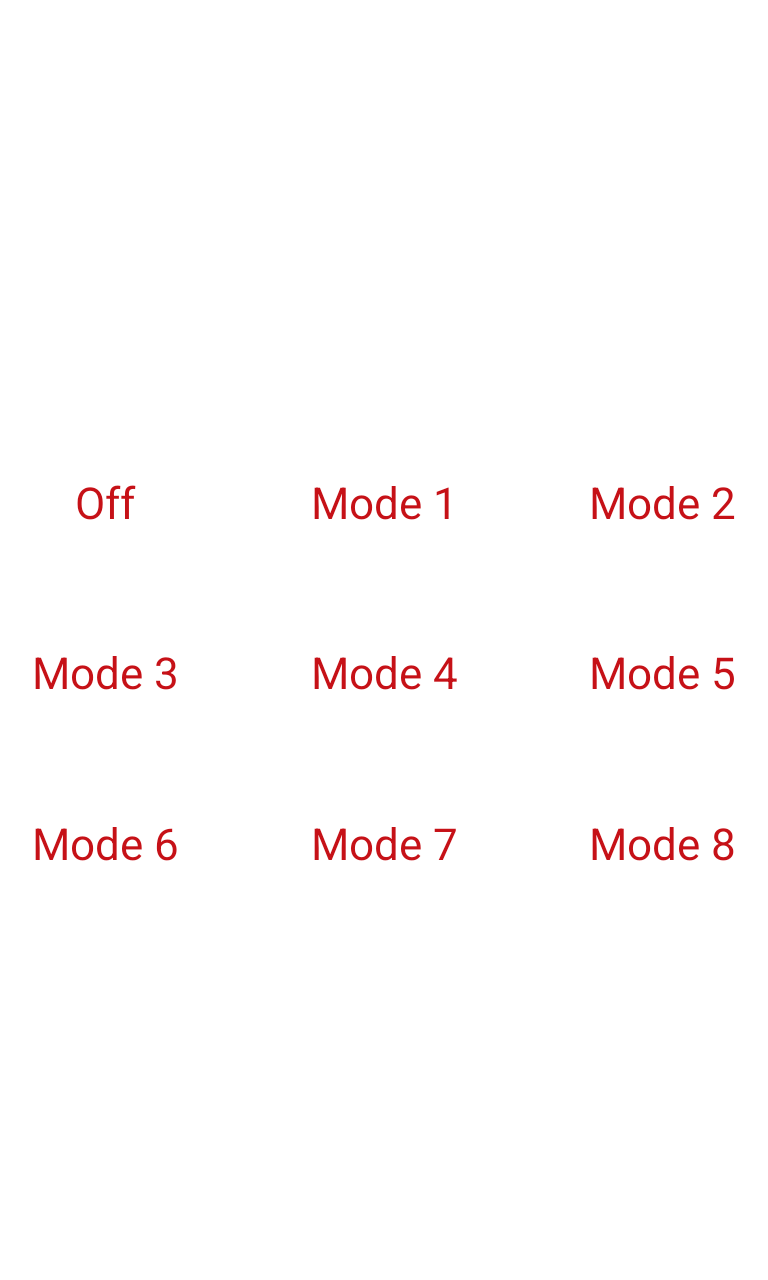
Repository: DigitasLabsParis/UnicornHorn
Layout: AndroidApp/UnicHorn/res/layout/activity_main.xml
These files come from the project's save history. The layout is drawn as it stood at one moment and after the next save; the edit follows.
It is drawn on a 768 x 1280 px phone screen (xhdpi) without system bars, with theme AppTheme; the app's code is not run.

Above is the layout before, as saved 2015-01-06 15:32:20.

### AndroidApp/UnicHorn/res/layout/activity_main.xml
<RelativeLayout xmlns:android="http://schemas.android.com/apk/res/android"
    xmlns:tools="http://schemas.android.com/tools"
    android:layout_width="match_parent"
    android:layout_height="match_parent"
    android:paddingBottom="@dimen/activity_vertical_margin"
    android:paddingLeft="@dimen/activity_horizontal_margin"
    android:paddingRight="@dimen/activity_horizontal_margin"
    android:paddingTop="@dimen/activity_vertical_margin"
    tools:context="com.digitaslabsparis.unichorn.MainActivity" >

    <GridLayout
        android:layout_width="fill_parent"
        android:layout_alignParentTop="true"
        android:layout_marginTop="220dp"
        android:columnCount="2"
    	android:rowCount="1" >

        <SeekBar
	        android:id="@+id/seekBar1"
	        android:layout_width="match_parent"
	        android:layout_height="wrap_content"
	        android:layout_alignParentLeft="true"
	        android:layout_alignParentTop="true"
	        android:layout_column="1"
            android:layout_row="0"
	        android:layout_marginTop="162dp" />

         <TextView
             android:id="@+id/textView0"
             android:layout_width="wrap_content"
             android:layout_height="wrap_content"
             android:layout_column="1"
             android:layout_gravity="fill"
             android:layout_row="0"
             android:gravity="center"
             android:text="Set Intensity"
             android:textAppearance="?android:attr/textAppearanceLarge"
             android:textColor="#C61117" />

    </GridLayout>

    <GridLayout
        android:layout_width="fill_parent"
        android:layout_height="200dp"
        android:layout_alignParentTop="true"
        android:layout_marginTop="220dp"
        android:columnCount="3"
    	android:rowCount="3" >

        <TextView
            android:id="@+id/textView1"
            android:layout_column="0"
            android:layout_gravity="fill"
            android:layout_row="0"
            android:gravity="center"
            android:text="Off"
            android:textAppearance="?android:attr/textAppearanceLarge"
            android:textColor="#C61117" />

        <TextView
            android:id="@+id/textView2"
            android:layout_column="1"
            android:layout_gravity="fill"
            android:layout_row="0"
            android:gravity="center"
            android:text="Mode 1"
            android:textAppearance="?android:attr/textAppearanceLarge"
            android:textColor="#C61117" />

        <TextView
            android:id="@+id/textView3"
            android:layout_column="2"
            android:layout_gravity="fill"
            android:layout_row="0"
            android:gravity="center"
            android:text="Mode 2"
            android:textAppearance="?android:attr/textAppearanceLarge"
            android:textColor="#C61117" />

        <TextView
            android:id="@+id/textView4"
            android:layout_column="0"
            android:layout_gravity="fill"
            android:layout_row="1"
            android:gravity="center"
            android:text="Mode 3"
            android:textAppearance="?android:attr/textAppearanceLarge"
            android:textColor="#C61117" />

        <TextView
            android:id="@+id/textView5"
            android:layout_column="1"
            android:layout_gravity="fill"
            android:layout_row="1"
            android:gravity="center"
            android:text="Mode 4"
            android:textAppearance="?android:attr/textAppearanceLarge"
            android:textColor="#C61117" />

        <TextView
            android:id="@+id/textView6"
            android:layout_column="2"
            android:layout_gravity="fill"
            android:layout_row="1"
            android:gravity="center"
            android:text="Mode 5"
            android:textAppearance="?android:attr/textAppearanceLarge"
            android:textColor="#C61117" />

        <TextView
            android:id="@+id/textView7"
            android:layout_column="0"
            android:layout_gravity="fill"
            android:layout_row="2"
            android:gravity="center"
            android:text="Mode 6"
            android:textAppearance="?android:attr/textAppearanceLarge"
            android:textColor="#C61117" />

        <TextView
            android:id="@+id/textView8"
            android:layout_column="1"
            android:layout_gravity="fill"
            android:layout_row="2"
            android:gravity="center"
            android:text="Mode 7"
            android:textAppearance="?android:attr/textAppearanceLarge"
            android:textColor="#C61117" />

        <TextView
            android:id="@+id/textView9"
            android:layout_column="2"
            android:layout_row="2"
            android:gravity="center"
            android:text="Mode 8"
            android:textAppearance="?android:attr/textAppearanceLarge"
            android:textColor="#C61117" />

    </GridLayout>



</RelativeLayout>

### AndroidApp/UnicHorn/res/values/styles.xml
<resources>

    <!--
        Base application theme, dependent on API level. This theme is replaced
        by AppBaseTheme from res/values-vXX/styles.xml on newer devices.
    -->
    <style name="AppBaseTheme" parent="android:Theme.Holo.Light.NoActionBar">
        <!--
            Theme customizations available in newer API levels can go in
            res/values-vXX/styles.xml, while customizations related to
            backward-compatibility can go here.
        -->
    </style>

    <!-- Application theme. -->
    <style name="AppTheme" parent="AppBaseTheme">
        <!-- All customizations that are NOT specific to a particular API-level can go here. -->

    </style>

</resources>

### AndroidApp/UnicHorn/res/values/dimens.xml
<resources>

    <!-- Default screen margins, per the Android Design guidelines. -->
    <dimen name="activity_horizontal_margin">16dp</dimen>
    <dimen name="activity_vertical_margin">16dp</dimen>
	<dimen name="bluetooth_spp_text_size">18sp</dimen>
    <dimen name="bluetooth_spp_padding">5dp</dimen>
</resources>

After the next save:
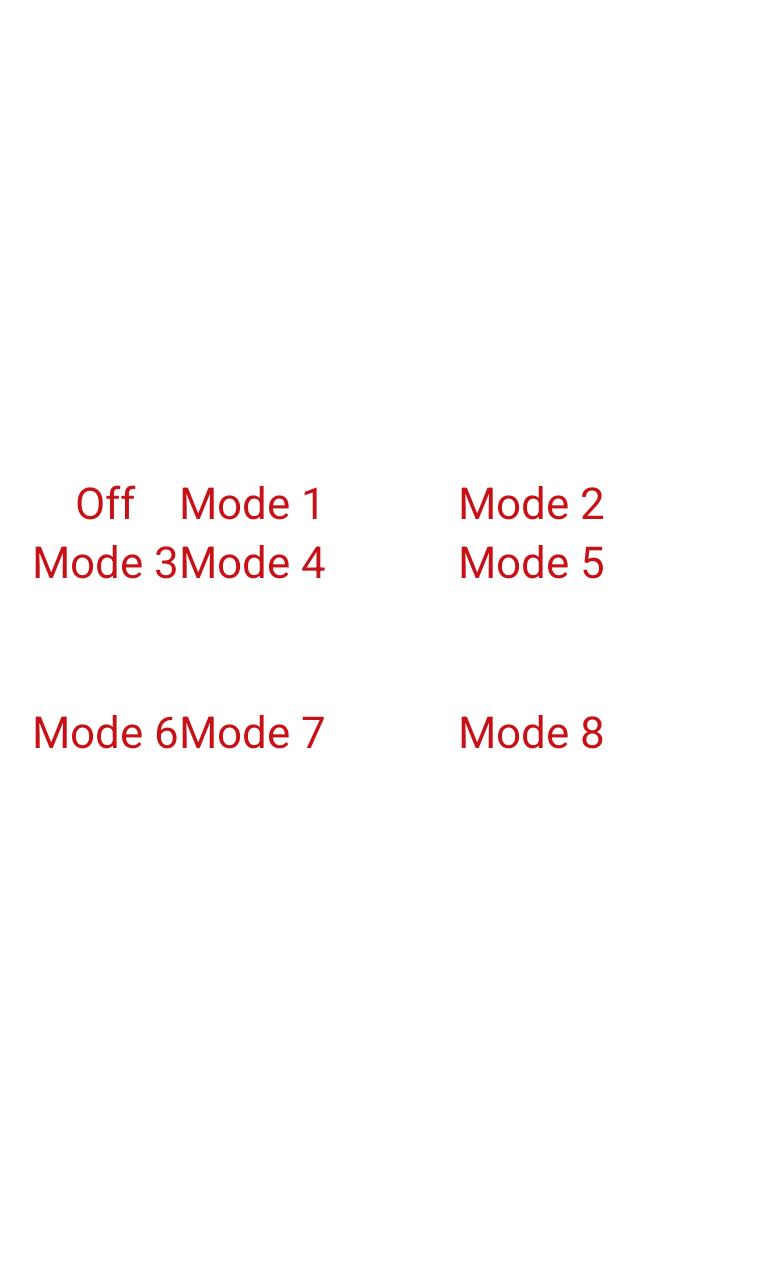
Saved 54 s later.
--- a/AndroidApp/UnicHorn/res/layout/activity_main.xml
+++ b/AndroidApp/UnicHorn/res/layout/activity_main.xml
@@ -130,6 +130,7 @@
         <TextView
             android:id="@+id/textView9"
             android:layout_column="2"
+                        android:layout_gravity="fill"
             android:layout_row="2"
             android:gravity="center"
             android:text="Mode 8"

After the save that followed:
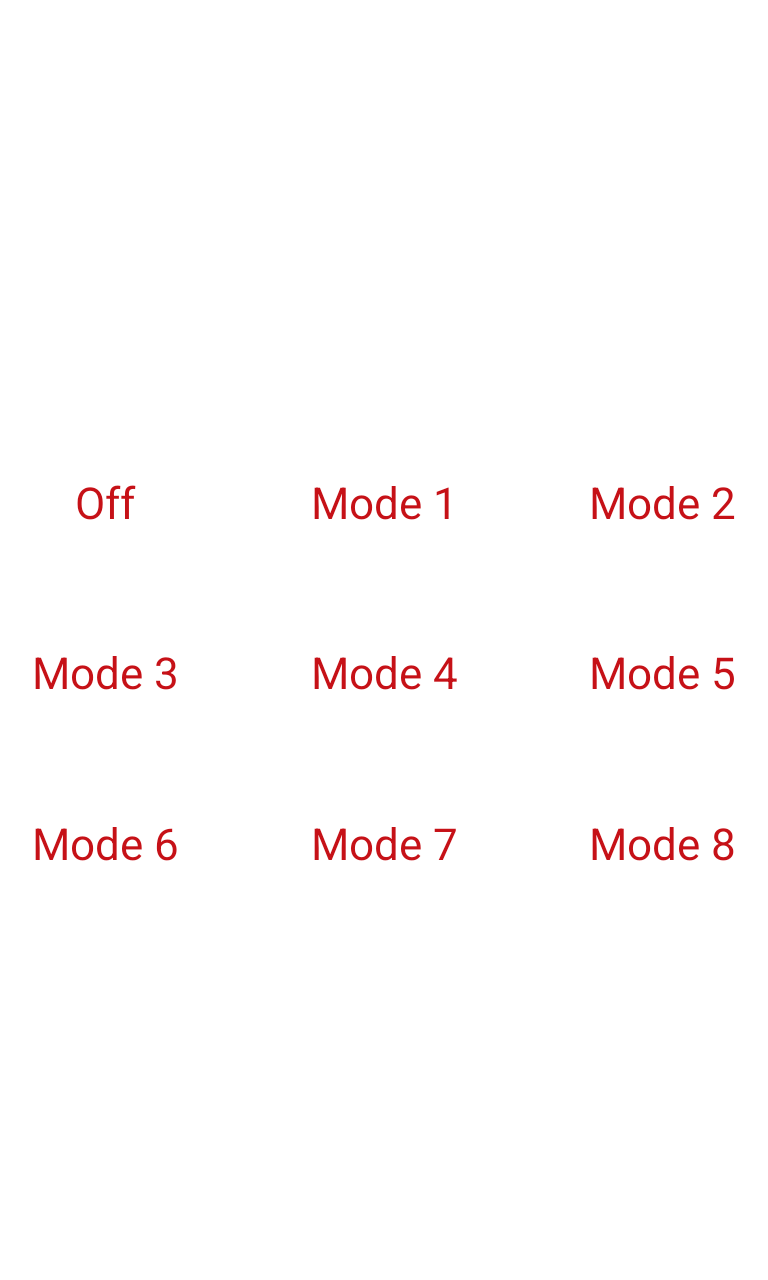
Saved 6 s later.
--- a/AndroidApp/UnicHorn/res/layout/activity_main.xml
+++ b/AndroidApp/UnicHorn/res/layout/activity_main.xml
@@ -130,7 +130,6 @@
         <TextView
             android:id="@+id/textView9"
             android:layout_column="2"
-                        android:layout_gravity="fill"
             android:layout_row="2"
             android:gravity="center"
             android:text="Mode 8"
